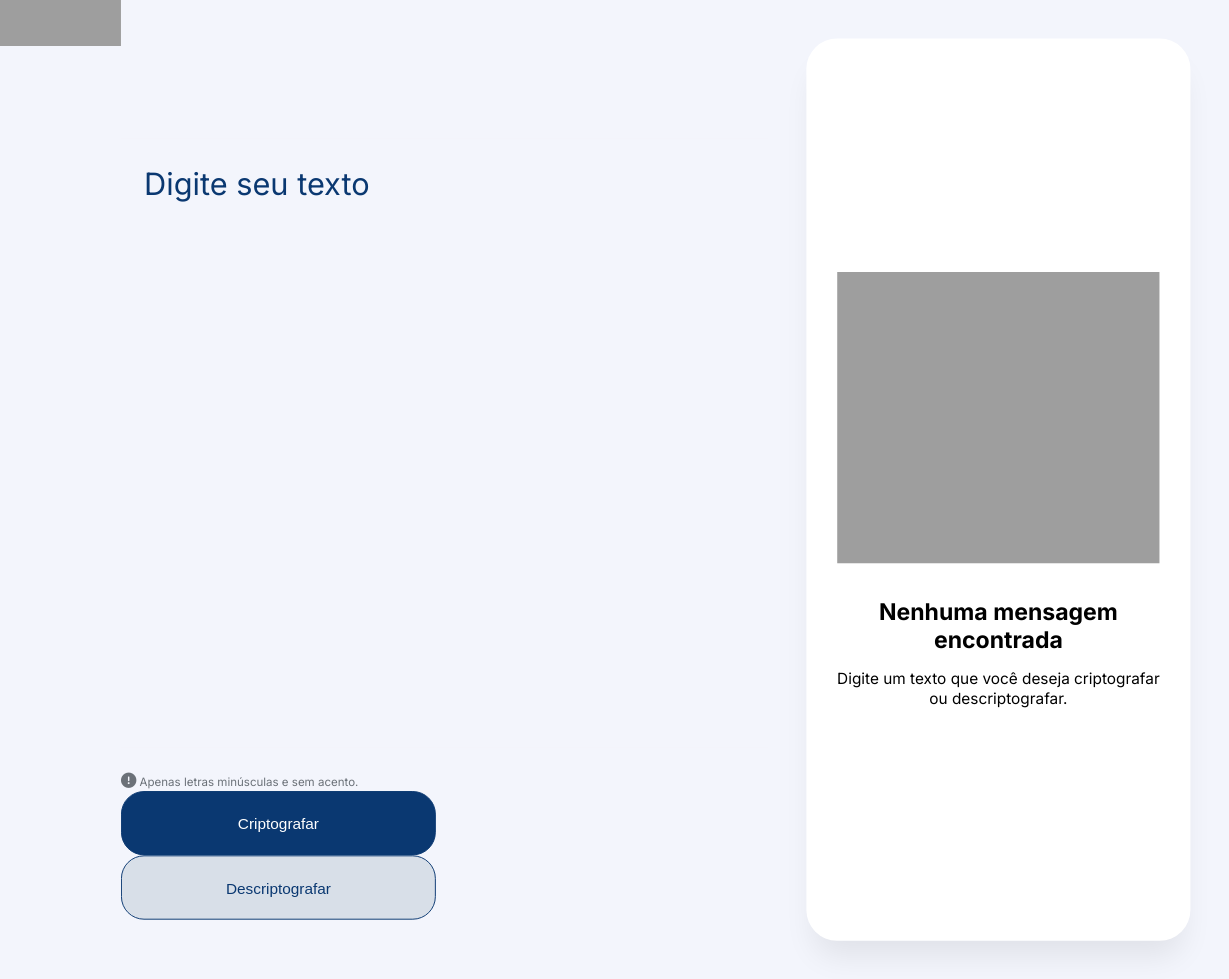
Repository: CarlosEduardoVdeOliveira/descodificador-de-texto
Page: index.html
The author's editor kept a copy of each file at every save. The page is drawn from the files as they stood at one save, then again after the next save.
The browser window is 1280 px wide. The pictures show the whole page, at 96% of full size.
Pictures or frames that could not be fetched are drawn as grey boxes.

Above is the page before, as saved 2023-04-13 09:01:36.

### index.html
<!DOCTYPE html>
<html lang="en">
<head>
   <meta charset="UTF-8">
   <link rel="preconnect" href="https://fonts.googleapis.com">
   <link rel="preconnect" href="https://fonts.gstatic.com" crossorigin>
   <meta http-equiv="X-UA-Compatible" content="IE=edge">
   <meta name="viewport" content="width=device-width, initial-scale=1.0">
   <link href="https://fonts.googleapis.com/css2?family=Inter:wght@400;700&display=swap" rel="stylesheet">
   <link rel="stylesheet" href="https://cdnjs.cloudflare.com/ajax/libs/font-awesome/6.4.0/css/all.min.css" integrity="sha512-iecdLmaskl7CVkqkXNQ/ZH/XLlvWZOJyj7Yy7tcenmpD1ypASozpmT/E0iPtmFIB46ZmdtAc9eNBvH0H/ZpiBw==" crossorigin="anonymous" referrerpolicy="no-referrer" />
   <link rel="stylesheet" href="/public/styles/reset.css">
   <link rel="stylesheet" href="/public/styles/index.css">
   <link rel="stylesheet" href="/public/styles/tablet.css">
   <link rel="stylesheet" href="/public/styles/mobile.css">
   <title>Decodificador</title>
</head>
<body>
   <main>
      <img src="/public/images/imageLogo2.png"
         alt="letra a da logo da escola de programação Alura">
      <div class="frist-area">
         <textarea class="textarea-input" placeholder="Digite seu texto" autofocus></textarea>
         <div class="info">
            <span>
               <i class="fa-solid fa-circle-exclamation"></i>
               Apenas letras minúsculas e sem acento.
            </span>
            <div class="info-group-button">
               <button class="button-cryptography">Criptografar</button>
               <button class="button-decryption">Descriptografar</button>
            </div>
         </div>
      </div>
      <div class="text-cryption">
         <img src="/public/images/imageHighLight.svg" alt="">
         <div>
            <h2>Nenhuma mensagem encontrada</h2>
            <p>
               Digite um texto que você deseja criptografar ou descriptografar.
            </p>
         </div>
      </div>
   </main>
   <script src="/public/scripts/index.js"></script>
</body>
</html>

### public/styles/reset.css
:root{
   --light-gray: #D8DFE8;
   --gray-100: #CED4DA;
   --gray-200: #ADB5BD;
   --gray-300: #868E96;
   --gray-400: #495057;
   --gray-500: #343A40;
   --light-blue-100: #F3F5FC;
   --light-blue-200: #EFF1FA;
   --light-blue-300: #E9ECF8;
   --light-blue-400: #AAB2D5;
   --light-blue-500: #757FB2;
   --dark-blue-100: #609ED4;
   --dark-blue-200: #356EA9;
   --dark-blue-300: #0A3871;
   --dark-blue-400: #072B61;
   --dark-blue-500: #052051;
}
*{
   margin: 0;
   padding: 0;
   box-sizing: border-box;
}

html{
   font-family:  'Inter', sans-serif;
   font-size: 1rem;
}

### public/styles/index.css
/* header{
   width: 100%;
   height: 2.5rem;
} */
body{
   background-color: var(--light-blue-100);
}
img{
   width: 8rem;
   height: 3rem;
   margin: 0 auto;
}
main {
   display: flex;
   justify-content: space-around;
   align-items: self-start;
   margin: 0 auto;
}
.frist-area{
   display: flex;
   flex-direction: column;
   margin-top: 7.5rem;
}
textarea.textarea-input{
   width: 100%;
   height: 39.68rem;
   font-family: 'Inter';
   font-size: 32px;
   line-height: 150%;
   background-color: var(--light-blue-100);
   color: var(--dark-blue-300);
   border: none;
   resize: none;
   margin: 1.5rem auto;
   padding: 1.5rem;
}
textarea.textarea-input:focus{
   outline: 0;
}

textarea.textarea-input::placeholder{
   color: var(--dark-blue-300);
}

i{
   color: var(--gray-400);
   font-size: 1rem;
}
span{
   font-size: 12px;
   color: var(--gray-400);
   line-height: 150%;
   opacity: 0.8;
   margin-bottom: 1rem;
}
button{
   padding: 1.5rem;
   gap: .5rem;
   width: 328px;
   height: 67px;
   border-radius: 1.5rem;
   cursor: pointer;
   font-size: 1rem;
   line-height: 19px;
   border: 1px solid var(--dark-blue-300);
   transition: all .2s;
}
.button-cryptography{
   background-color: var(--dark-blue-300);
   color: white;
   margin-right: 1.5rem;
}
.button-cryptography:hover{
   background-color: var(--dark-blue-400);
}
.button-decryption{
   background: var(--light-gray);
   color: var(--dark-blue-300);
}
.button-decryption:hover{
   background-color: var(--light-blue-200);
}
.text-cryption{
   width: 25rem;
   margin: 2.5rem;
   padding: 15.188rem 2rem;
   text-align: center;
   background-color: white;
   /* shadow */
   box-shadow: 0px 24px 32px -8px rgba(0, 0, 0, 0.08);
   border-radius: 32px;
}
.text-cryption img{
   width: 21rem;
   height: 19rem;
}
.text-cryption div{
   display: flex;
   flex-direction: column;

   margin-top: 2rem;
   padding: 0px;
   gap: 16px;
}
.format-text-cryption{
   /* padding: 2rem;
   position: relative; */

}

.button-copy-cryption{
   background-color: white;
}
.button-copy-cryption:hover{
   background-color: var(--light-blue-200);
}

### public/styles/tablet.css
@media (max-width: 768px) {
   main{
      display: block;
   }
   .textarea-input{
      margin: 0 auto;
   }
   .info{
      display: flex;
      flex-direction: column;
      margin: 0 auto;
   }
   .text-cryption{
      width: 43rem;
      height: 8.313rem;
      padding: 0;
      margin: 1.5rem auto;
   }
   .text-cryption img{
      display: none;
   }
}

### public/styles/mobile.css
@media (max-width: 375px) {
   img{
      margin: 1.5rem 0;
   }
   .info{
      margin: 0 auto;
   }
   .info-group-button{
      display: flex;
      flex-direction: column;
   }
   .info-group-button .button-cryptography{
      margin-bottom: 1.5rem;
   }
   .text-cryption{
      width: 20.438rem;
      height: 11.625rem;
      padding: 0;
      margin: 1.5rem auto;
   }
}

### public/scripts/index.js
const elementTextarea = document.querySelector("textarea.textarea-input");
const areaCryption = document.querySelector(".text-cryption");
const buttonCryptography = document.querySelector(".button-cryptography");
const buttonDecryption = document.querySelector(".button-decryption");


function alterTextCryptionArea(){
   areaCryption.classList.remove('text-cryption')
   areaCryption.innerHTML = `
      <p>${elementTextarea.value}</p>
      <button class="button-copy-cryption">Copiar</button>
   `;
}
/*
function copyText(){
   const text = document.querySelector("format-text-cryption")
   text.select();
   document.execCommand('copy');
} */
/* document.querySelector("button-copy-cryption").onclick = copyText */
buttonCryptography.onclick = alterTextCryptionArea
buttonDecryption.onclick = alterTextCryptionArea

After the next save:
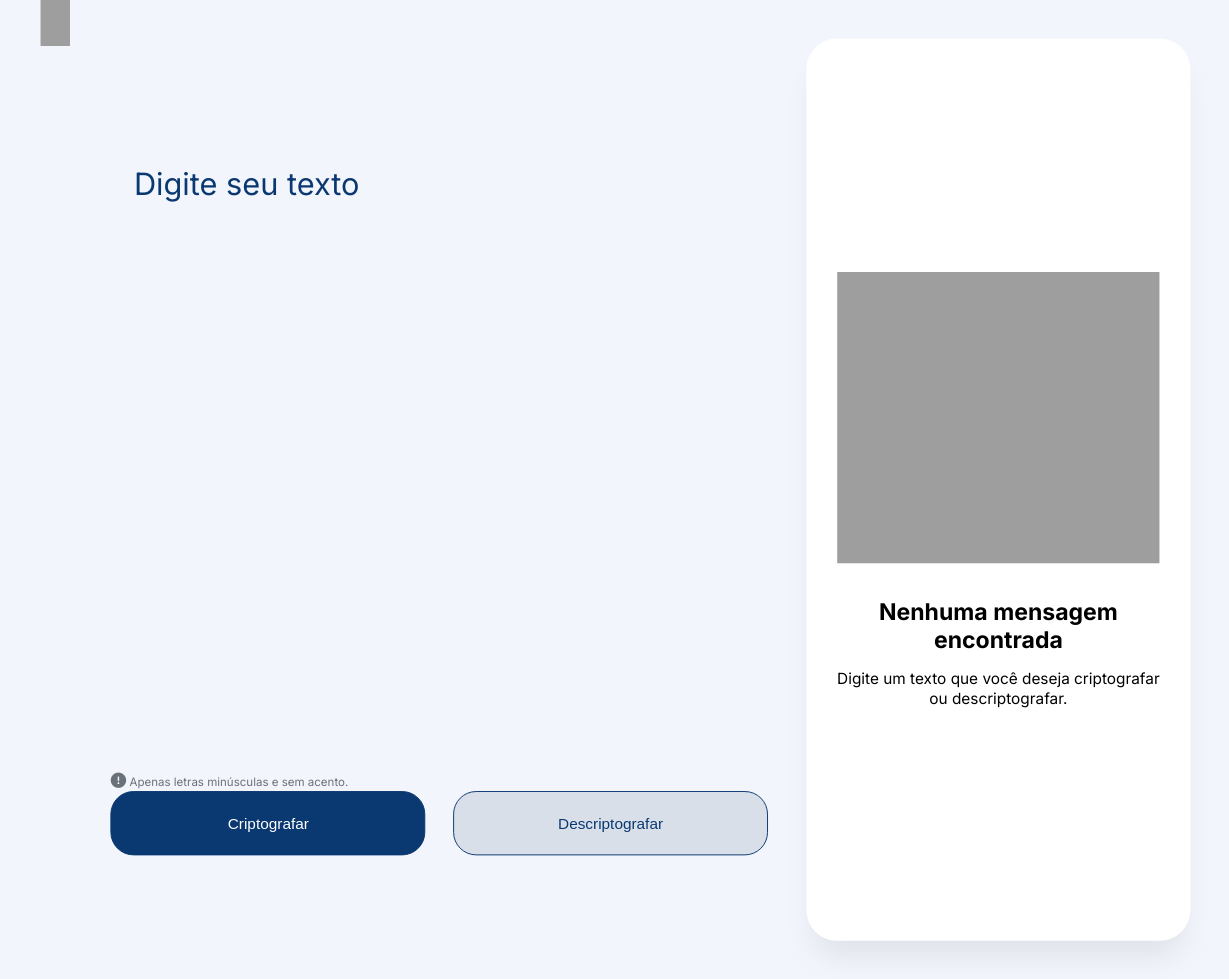
Saved 41 s later.
--- a/public/styles/index.css
+++ b/public/styles/index.css
@@ -6,7 +6,7 @@ body{
    background-color: var(--light-blue-100);
 }
 img{
-   width: 8rem;
+   width: 1.943rem;
    height: 3rem;
    margin: 0 auto;
 }
